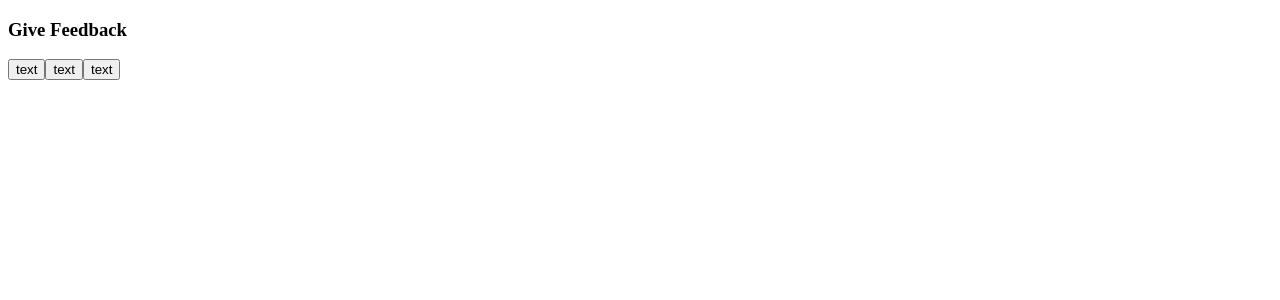
Repository: 4di61/FullStackOpen
Page: / (app in part1/unicafe/)
The author's editor kept a copy of each file at every save. The page is drawn from the files as they stood at one save, then again after a run of saves.
The browser window is 1280 px wide. The pictures show the whole page.
The project was rebuilt for these pictures with package versions that can differ from the ones it lists, and the page was loaded fresh each time. Also part of the build but not shown: part1/unicafe/vite.config.js.

Above is the page before, as saved 2024-09-05 10:31:03.

### part1/unicafe/src/App.jsx
import { useState } from 'react'

const Button = ({text,onClick})=> (

  <button onClick={onClick}>
    text
  </button>
)
const Feedback = (props)=> (
  <div>
    <h3>
      Give Feedback
    </h3>
    <Button text={"good"}/>
    <Button />
    <Button />
  </div>
)

const App = () => {
  // save clicks of each button to its own state
  const [good, setGood] = useState(0)
  const [neutral, setNeutral] = useState(0)
  const [bad, setBad] = useState(0)

  return (
    <div>
      <Feedback/>
    </div>
  )
}

export default App

Loaded but not shown: part1/unicafe/index.html (common file); part1/unicafe/src/main.jsx (common file)

After the next 2 saves:
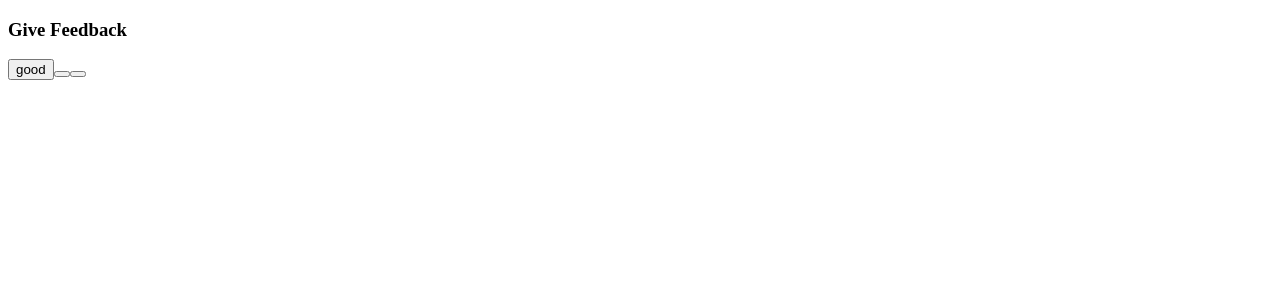
The 2 saves are shown as one change because they came seconds apart.
The last was saved 33 s later.
--- a/part1/unicafe/src/App.jsx
+++ b/part1/unicafe/src/App.jsx
@@ -3,7 +3,7 @@ import { useState } from 'react'
 const Button = ({text,onClick})=> (
 
   <button onClick={onClick}>
-    text
+    {text}
   </button>
 )
 const Feedback = (props)=> (
